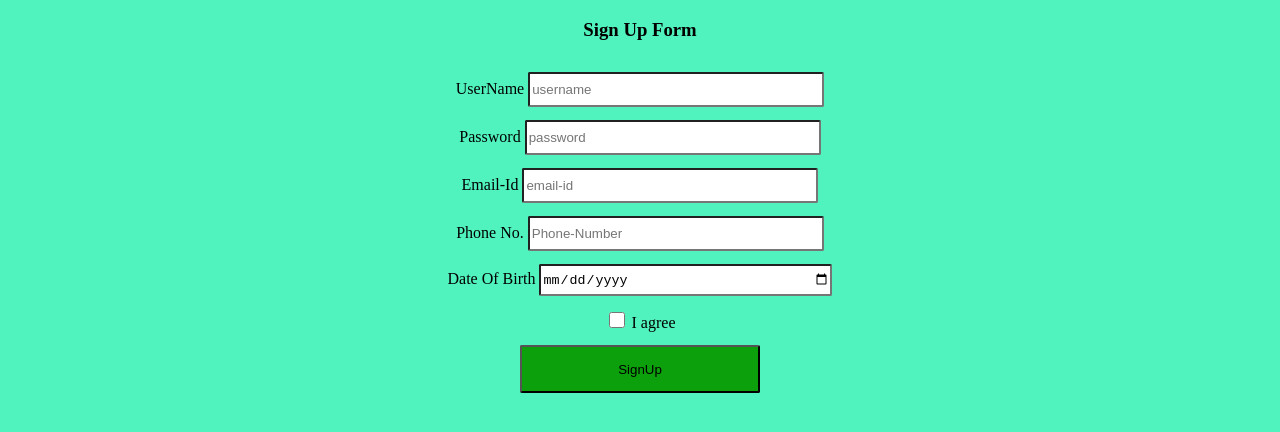
Repository: nir-github01/Html
Page: assign1-signup.html
These files come from the project's save history. The page is drawn as it stood at one moment and after the next save; the edit follows.
The browser window is 1280 px wide. The pictures show the whole page.

Above is the page before, as saved 2022-09-28 20:31:06.

### assign1-signup.html
<!DOCTYPE html>
<html lang="en">
<head>
    <meta charset="UTF-8">
    <meta http-equiv="X-UA-Compatible" content="IE=edge">
    <meta name="viewport" content="width=device-width, initial-scale=1.0">
    <title>sign-up form</title>
    <style>
        body{
            background-color: rgb(80, 243, 189);
            text-align: center;
        }
        .signup-div{
            padding: 5px;
            margin: 3px;
        }
        .username{
            padding: 5px;
            margin: 3px;
        }
        .password{
            padding: 5px;
            margin: 3px;
        }
        .email-input{
            padding: 5px;
            margin: 3px;
        }
        .phone-input{
            padding: 5px;
            margin: 3px;
        }
        .date-input{
            padding: 5px;
            margin: 3px;
        }
        .check-input{
            padding: 5px;
            margin: 3px;
        }
        .button-input{
            padding: 5px;
            margin: 3px;

        }
        button{
            width: 15rem;
            height: 3rem;
            background-color: rgb(12, 160, 12);
            border-radius: 2px;
        }
        input{
            width: 18rem;
            height: 1.8rem;
            border-radius: 2px;
        }
        input[type="checkbox"]{
            width: 1rem;
            height: 1rem;
        }
        input:hover{
          border-color: rgb(180, 238, 238);

        }

    </style>
</head>
<body>
    <div>
        <h3>Sign Up Form </h3>
        <div class="signup-div">
            <form>
                <div class="username">
                    <label>UserName</label>
                    <input type="text" value="" placeholder="username">
                </div>
                <div class="password">
                    <label>Password</label>
                    <input type="number" value="" placeholder="password">
                </div>
                <div class="email-input">
                    <label>Email-Id</label>
                    <input type="email" value="" placeholder="email-id">
                </div>
                <div class="phone-input">
                    <label>Phone No.</label>
                    <input type="number" value="" placeholder="Phone-Number">
                </div>
                <div class="date-input">
                    <label>Date Of Birth</label>
                    <input type="date" value="" placeholder="Date of Birth">
                </div>
                <div class="check-input">

                    <input type="checkbox" value="" name="agree">
                    <label>I agree </label>
                </div>
                <div class="button-input">
                    <button>SignUp</button>
                </div>
            </form>
        </div>
    </div>
</body>
</html>

After the next save:
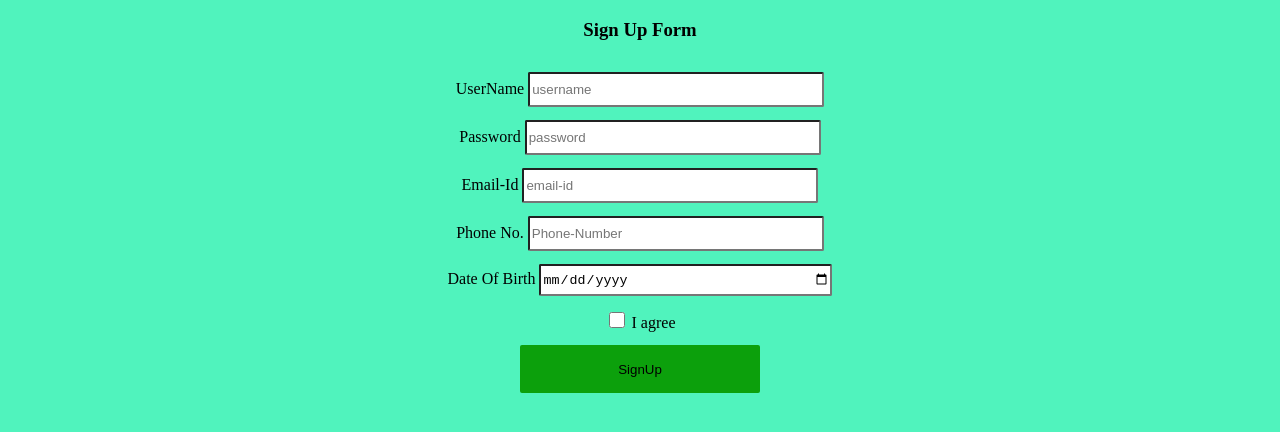
Saved 28 s later.
--- a/assign1-signup.html
+++ b/assign1-signup.html
@@ -46,6 +46,7 @@
         button{
             width: 15rem;
             height: 3rem;
+            border: 0px;
             background-color: rgb(12, 160, 12);
             border-radius: 2px;
         }
